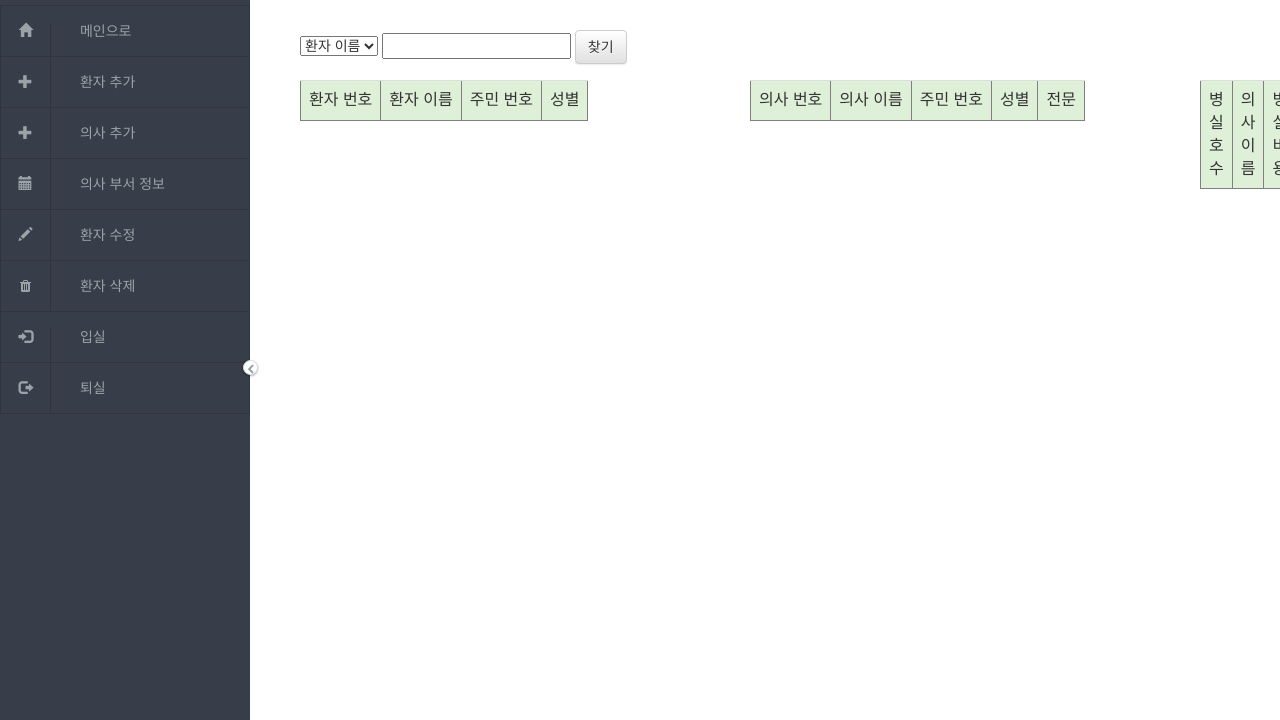
Repository: qaws1134/Hospital_manager
Page: http://localhost/project/main.jsp
An editor plug-in stored every save of this project. The page is shown before and after the next save, followed by the edit.
The browser window is 1280 px wide. The pictures show the whole page.
Some web libraries are served in a nearby version. The page is served by Tomcat 9. The template is opened directly, without the code that normally fills it, so the values that code supplies are empty.

Above is the page before, as saved 2017-12-09 17:20:50.
Console error (its wording comes from the project's code and is left out).

After the next save:
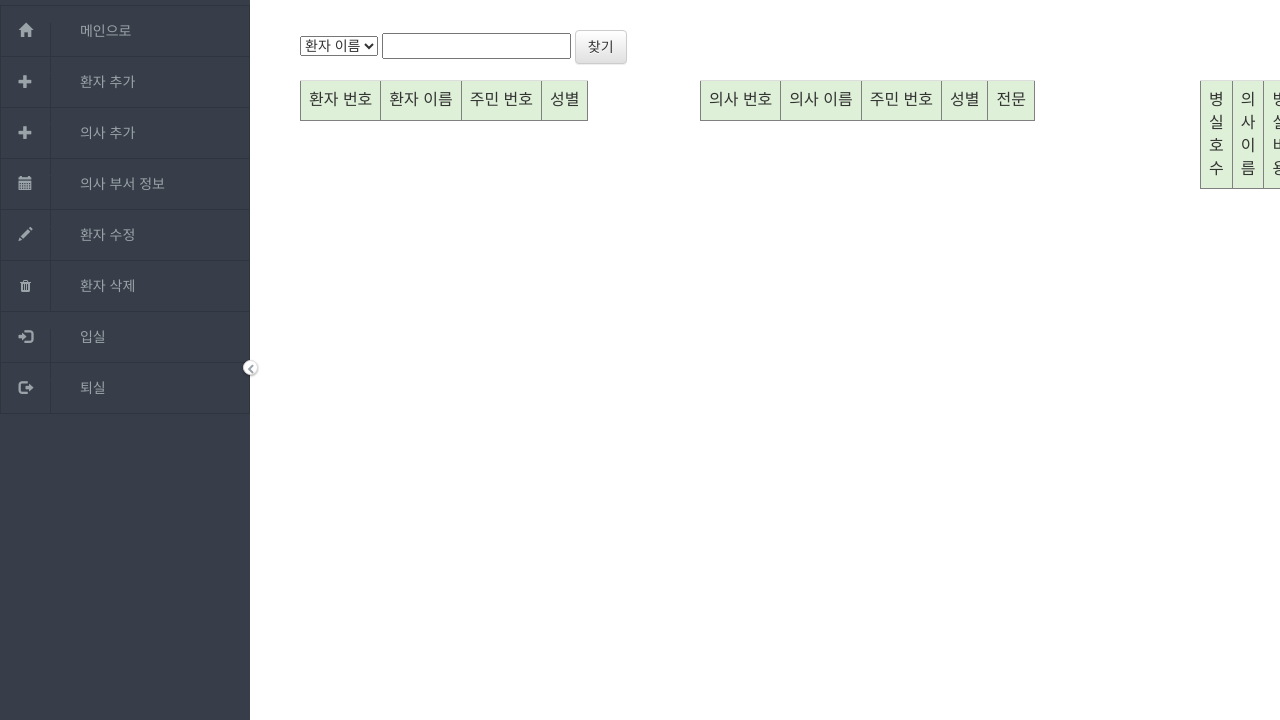
Saved 16 s later.
--- a/project/WebContent/main.jsp
+++ b/project/WebContent/main.jsp
@@ -239,7 +239,7 @@ nav ul li a span {
       </table>
 </section>
 <!-- 의사 정보 -->
-<section style="position:absolute; top:80px;left:750px">
+<section style="position:absolute; top:80px;left:700px">
      <table border="1" class="table table-striped">
       	<tr  class="success">
       		<td>의사 번호</td>
